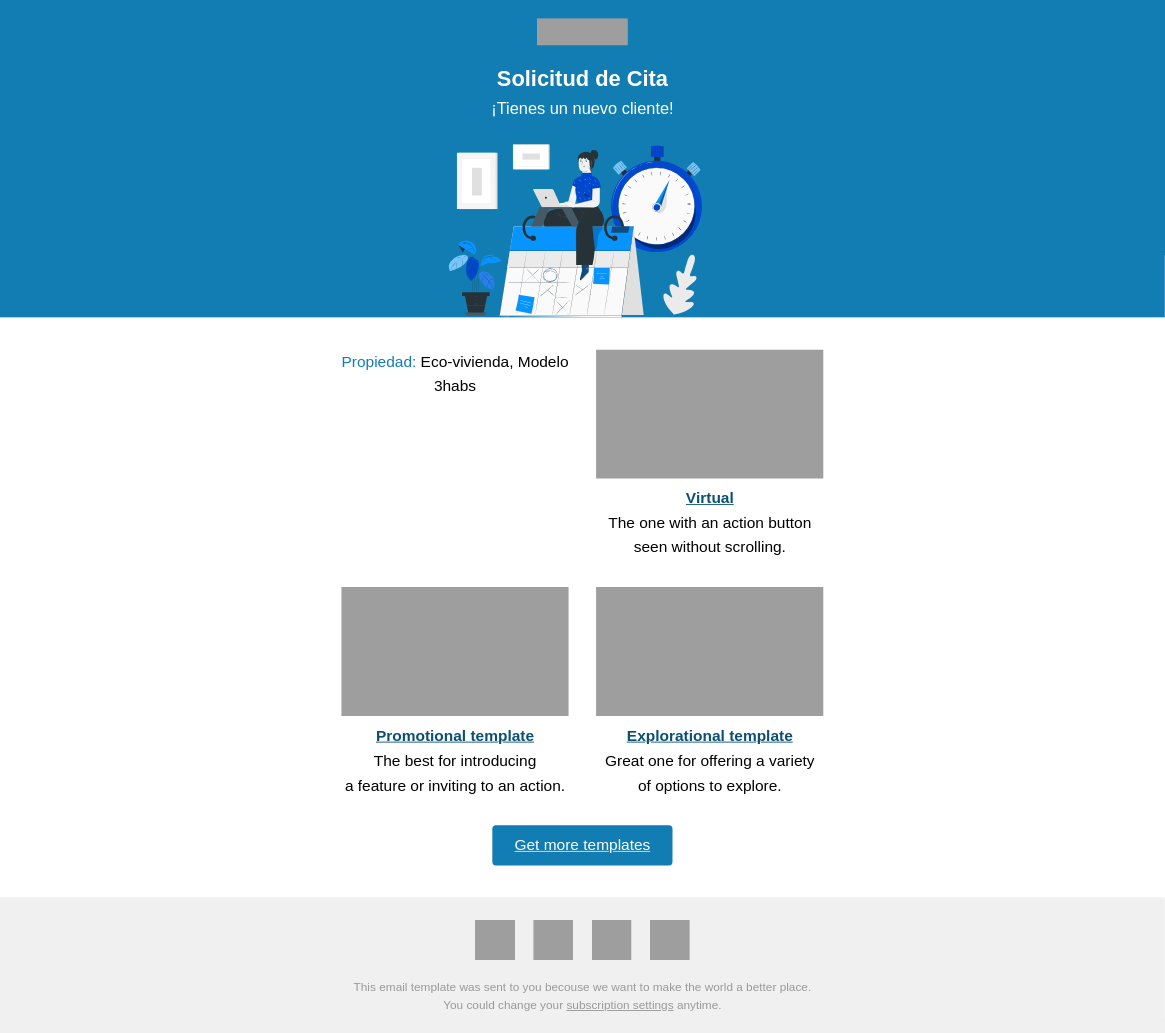
Repository: FabioMadrid/atlas_code
Page: correo_cita_vendedor.html
An editor plug-in stored every save of this project. The page is shown before and after the next save, followed by the edit.
The browser window is 1280 px wide. The pictures show the whole page, at 91% of full size.
Pictures or frames that could not be fetched are drawn as grey boxes.

Above is the page before, as saved 2021-01-14 16:25:17.

### correo_cita_vendedor.html
<html xmlns="http://www.w3.org/1999/xhtml">
<head>
	<meta http-equiv="content-type" content="text/html; charset=utf-8">
  	<meta name="viewport" content="width=device-width, initial-scale=1.0;">
 	<meta name="format-detection" content="telephone=no"/>

	<style>
/* Reset styles */
    body {
        margin: 0; padding: 0; min-width: 100%; width: 100% !important; height: 100% !important;
        }
    body, table, td, div, p, a {
        -webkit-font-smoothing: antialiased; text-size-adjust: 100%; -ms-text-size-adjust: 100%;
        -webkit-text-size-adjust: 100%; line-height: 100%;
        }
    table, td {
         mso-table-lspace: 0pt; mso-table-rspace: 0pt;
         border-collapse: collapse !important; border-spacing: 0; }
    img {
        border: 0; line-height: 100%; outline: none; text-decoration: none;
        -ms-interpolation-mode: bicubic;
        }
    #outlook a { padding: 0; }
    .ReadMsgBody { width: 100%; }
    .ExternalClass { width: 100%; }
    .ExternalClass, .ExternalClass p, .ExternalClass span, .ExternalClass font, .E
    xternalClass td, .ExternalClass div {
        line-height: 100%;
        }

/* Extra floater space for advanced mail clients only */
@media all and (max-width: 600px) {
	.floater { width: 320px; }
}

/* Set color for auto links (addresses, dates, etc.) */
a, a:hover {
	color: #127DB3;
}
.footer a, .footer a:hover {
	color: #999999;
}

 	</style>

	<!-- MESSAGE SUBJECT -->
	<title>Cita Confirmada</title>

</head>

<!-- BODY -->
<!-- Set message background color (twice) and text color (twice) -->
<body topmargin="0" rightmargin="0" bottommargin="0" leftmargin="0" marginwidth="0" marginheight="0" width="100%" style="border-collapse: collapse; border-spacing: 0; margin: 0; padding: 0; width: 100%; height: 100%; -webkit-font-smoothing: antialiased; text-size-adjust: 100%; -ms-text-size-adjust: 100%; -webkit-text-size-adjust: 100%; line-height: 100%;
	background-color: #FFFFFF;
	color: #000000;"
	bgcolor="#FFFFFF"
	text="#000000">

<!-- SECTION / BACKGROUND -->
<!-- Set section background color -->
<table width="100%" align="center" border="0" cellpadding="0" cellspacing="0" style="border-collapse: collapse; border-spacing: 0; margin: 0; padding: 0; width: 100%;" class="background"><tr><td align="center" valign="top" style="border-collapse: collapse; border-spacing: 0; margin: 0; padding: 0;"
	bgcolor="#127DB3">

<!-- WRAPPER -->
<!-- Set wrapper width (twice) -->
<table border="0" cellpadding="0" cellspacing="0" align="center"
	width="600" style="border-collapse: collapse; border-spacing: 0; padding: 0; width: inherit;
	max-width: 600px;" class="wrapper">

	<tr>
		<td align="center" valign="top" style="border-collapse: collapse; border-spacing: 0; margin: 0; padding: 0; padding-left: 6.25%; padding-right: 6.25%; width: 87.5%;
			padding-top: 20px;">

			<!-- PREHEADER -->
			<!-- Set text color to background color -->
			<div style="display: none; visibility: hidden; overflow: hidden; opacity: 0; font-size: 1px; line-height: 1px; height: 0; max-height: 0; max-width: 0;
			color: #FFFFFF;" class="preheader">
				Available on&nbsp;GitHub and&nbsp;CodePen. holis aqui va un texto</div>

			<!-- LOGO -->
			<!-- Image text color should be opposite to background color. Set your url, image src, alt and title. Alt text should fit the image size. Real image size should be x2. URL format: http://domain.com/?utm_source={{Campaign-Source}}&utm_medium=email&utm_content=logo&utm_campaign={{Campaign-Name}} -->
			<a target="_blank" style="text-decoration: none;"
				href="https://github.com/konsav/email-templates/"><img border="0" vspace="0" hspace="0"
				src="https://raw.githubusercontent.com/konsav/email-templates/master/images/logo-white.png"
				width="100" height="30"
				alt="Logo" title="Logo" style="
				color: #000000;
				font-size: 10px; margin: 0; padding: 0; outline: none; text-decoration: none; -ms-interpolation-mode: bicubic; border: none; display: block;" /></a>

		</td>
	</tr>

	<!-- HEADER -->
	<!-- Set text color and font family ("sans-serif" or "Georgia, serif") -->
	<tr>
		<td align="center" valign="top" style="border-collapse: collapse; border-spacing: 0; margin: 0; padding: 0; padding-left: 6.25%; padding-right: 6.25%; width: 87.5%; font-size: 24px; font-weight: bold; line-height: 130%;
			padding-top: 20px;
			color: #FFFFFF;
			font-family: sans-serif;" class="header">
				Solicitud de Cita
		</td>
	</tr>

	<!-- SUBHEADER -->
	<!-- Set text color and font family ("sans-serif" or "Georgia, serif") -->
	<tr>
		<td align="center" valign="top" style="border-collapse: collapse; border-spacing: 0; margin: 0; padding: 0; padding-bottom: 3px; padding-left: 6.25%; padding-right: 6.25%; width: 87.5%; font-size: 18px; font-weight: 300; line-height: 150%;
			padding-top: 5px;
			color: #FFFFFF;
			font-family: sans-serif;" class="subheader">
				¡Tienes un nuevo cliente!
		</td>
	</tr>

	<!-- HERO IMAGE -->
	<!-- Image text color should be opposite to background color. Set your url, image src, alt and title. Alt text should fit the image size. Real image size should be x2 (wrapper x2). Do not set height for flexible images (including "auto"). URL format: http://domain.com/?utm_source={{Campaign-Source}}&utm_medium=email&utm_content={{Ìmage-Name}}&utm_campaign={{Campaign-Name}} -->
	<tr>
		<td align="center" valign="top" style="border-collapse: collapse; border-spacing: 0; margin: 0; padding: 0;
			padding-top: 20px;" class="hero"><a target="_blank" style="text-decoration: none;"
			href="#"><img border="0" vspace="0" hspace="0"
			src="./svg/calendario_mujer.svg"
			alt="Please enable images to view this content" title="Hero Image"
			width="530" style="
			width: 88.33%;
			max-width: 530px;
			color: #FFFFFF; font-size: 13px; margin: 0; padding: 0; outline: none; text-decoration: none; -ms-interpolation-mode: bicubic; border: none; display: block;"/></a></td>
	</tr>


<!-- End of WRAPPER -->
</table>

<!-- SECTION / BACKGROUND -->
<!-- Set section background color -->
</td></tr><tr><td align="center" valign="top" style="border-collapse: collapse; border-spacing: 0; margin: 0; padding: 0;
	padding-top: 5px;"
	bgcolor="#FFFFFF">

<!-- WRAPPER -->
<!-- Set conteiner background color -->
<table border="0" cellpadding="0" cellspacing="0" align="center"
	width="600" style="border-collapse: collapse; border-spacing: 0; padding: 0; width: inherit;
	max-width: 600px;">

	<!-- FLOATERS -->
	<!-- Floaters (left align tables) need extra 10px spacing in a line (Outlook fix). Floater table width = (wrapper width / 2) - 10px. Set text color and font family ("sans-serif" or "Georgia, serif"). Duplicate all text styles in links, including line-height. Image text color should be opposite to background color. Set your url, image src, alt and title. Alt text should fit the image size. Real image size should be x2. Do not set height for flexible images (including "auto"). URL format: http://domain.com/?utm_source={{Campaign-Source}}&utm_medium=email&utm_content={{Ìmage-Name}}&utm_campaign={{Campaign-Name}} -->
	<tr>
		<td align="center" valign="top" style="border-collapse: collapse; border-spacing: 0; margin: 0; padding: 0; padding-left: 10px; padding-right: 10px;" class="floaters"><table width="280" border="0" cellpadding="0" cellspacing="0" align="left" valign="top" style="border-collapse: collapse; mso-table-lspace: 0pt; mso-table-rspace: 0pt; border-spacing: 0; margin: 0; padding: 0; display: inline-table; float: none;" class="floater"><tr><td align="center" valign="top" style="border-collapse: collapse; border-spacing: 0; margin: 0; padding: 0; padding-left: 15px; padding-right: 15px; font-size: 17px; font-weight: 400; line-height: 160%;
			padding-top: 30px;
			font-family: sans-serif;
            color: #000000;">
            <a target="_blank" style="text-decoration: none;
			font-size: 17px; line-height: 160%;"
			href="https://github.com/konsav/email-templates">Propiedad:</b></a>
				Eco-vivienda, Modelo 3habs
        </td>
    </tr>
    </table><table width="280" border="0" cellpadding="0" cellspacing="0" align="right" valign="top" style="border-collapse: collapse; mso-table-lspace: 0pt; mso-table-rspace: 0pt; border-spacing: 0; margin: 0; padding: 0; display: inline-table; float: none;" class="floater"><tr><td align="center" valign="top" style="border-collapse: collapse; border-spacing: 0; margin: 0; padding: 0; padding-left: 15px; padding-right: 15px; font-size: 17px; font-weight: 400; line-height: 160%;
			padding-top: 30px;
			font-family: sans-serif;
			color: #000000;"><a target="_blank" style="text-decoration: none;
			font-size: 17px; line-height: 160%;"
			href="https://github.com/konsav/email-templates"><img border="0" vspace="0" hspace="0"
			src="https://raw.githubusercontent.com/konsav/email-templates/master/images/hero-grid.png"
			width="250" height="142"
			alt="Grid Item" title="Grid Item" style="
			color: #000000; font-size: 10px; margin: 0; padding: 0; outline: none; text-decoration: none; -ms-interpolation-mode: bicubic; border: none; display: block; margin-bottom: 8px;" />
				<b style="color:#0B5073; text-decoration: underline;">Virtual</b></a><br/>
				The&nbsp;one with an&nbsp;action button seen without scrolling.
		</td></tr></table></td>
	</tr>

	<!-- FLOATERS -->
	<!-- Floaters (left align tables) need extra 10px spacing in a line (Outlook fix). Floater table width = (wrapper width / 2) - 10px. Set text color and font family ("sans-serif" or "Georgia, serif"). Duplicate all text styles in links, including line-height. Image text color should be opposite to background color. Set your url, image src, alt and title. Alt text should fit the image size. Real image size should be x2. Do not set height for flexible images (including "auto"). URL format: http://domain.com/?utm_source={{Campaign-Source}}&utm_medium=email&utm_content={{Ìmage-Name}}&utm_campaign={{Campaign-Name}} -->
	<tr>
		<td align="center" valign="top" style="border-collapse: collapse; border-spacing: 0; margin: 0; padding: 0; padding-left: 10px; padding-right: 10px;" class="floaters"><table width="280" border="0" cellpadding="0" cellspacing="0" align="right" valign="top" style="border-collapse: collapse; mso-table-lspace: 0pt; mso-table-rspace: 0pt; border-spacing: 0; margin: 0; padding: 0; display: inline-table; float: none;" class="floater"><tr><td align="center" valign="top" style="border-collapse: collapse; border-spacing: 0; margin: 0; padding: 0; padding-left: 15px; padding-right: 15px; font-size: 17px; font-weight: 400; line-height: 160%;
			padding-top: 30px;
			font-family: sans-serif;
			color: #000000;"><a target="_blank" style="text-decoration: none;
			font-size: 17px; line-height: 160%;"
			href="https://github.com/konsav/email-templates"><img border="0" vspace="0" hspace="0"
			src="https://raw.githubusercontent.com/konsav/email-templates/master/images/hero-grid.png"
			width="250" height="142"
			alt="Grid Item" title="Grid Item" style="
			color: #000000; font-size: 10px; margin: 0; padding: 0; outline: none; text-decoration: none; -ms-interpolation-mode: bicubic; border: none; display: block; margin-bottom: 8px;" />
				<b style="color:#0B5073; text-decoration: underline;">Promotional template</b></a><br/>
				The&nbsp;best for introducing a&nbsp;feature or&nbsp;inviting to an&nbsp;action.
		</td></tr></table><table width="280" border="0" cellpadding="0" cellspacing="0" align="left" valign="top" style="border-collapse: collapse; mso-table-lspace: 0pt; mso-table-rspace: 0pt; border-spacing: 0; margin: 0; padding: 0; display: inline-table; float: none;" class="floater"><tr><td align="center" valign="top" style="border-collapse: collapse; border-spacing: 0; margin: 0; padding: 0; padding-left: 15px; padding-right: 15px; font-size: 17px; font-weight: 400; line-height: 160%;
			padding-top: 30px;
			font-family: sans-serif;
			color: #000000;"><a target="_blank" style="text-decoration: none;
			font-size: 17px; line-height: 160%;"
			href="https://github.com/konsav/email-templates"><img border="0" vspace="0" hspace="0"
			src="https://raw.githubusercontent.com/konsav/email-templates/master/images/hero-grid.png"
			width="250" height="142"
			alt="Grid Item" title="Grid Item" style="
			color: #000000; font-size: 10px; margin: 0; padding: 0; outline: none; text-decoration: none; -ms-interpolation-mode: bicubic; border: none; display: block; margin-bottom: 8px;" />
				<b style="color:#0B5073; text-decoration: underline;">Explorational template</b></a><br/>
				Great&nbsp;one for offering a&nbsp;variety of&nbsp;options to&nbsp;explore.
		</td></tr></table></td>
	</tr>

	<!-- BUTTON -->
	<!-- Set button background color at TD, link/text color at A and TD, font family ("sans-serif" or "Georgia, serif") at TD. For verification codes add "letter-spacing: 5px;". Link format: http://domain.com/?utm_source={{Campaign-Source}}&utm_medium=email&utm_content={{Button-Name}}&utm_campaign={{Campaign-Name}} -->
 	<tr>
		<td align="center" valign="top" style="border-collapse: collapse; border-spacing: 0; margin: 0; padding: 0; padding-left: 6.25%; padding-right: 6.25%; width: 87.5%;
			padding-top: 30px;
			padding-bottom: 35px;" class="button"><a
			href="https://github.com/konsav/email-templates/" target="_blank" style="text-decoration: underline;">
				<table border="0" cellpadding="0" cellspacing="0" align="center" style="max-width: 240px; min-width: 120px; border-collapse: collapse; border-spacing: 0; padding: 0;"><tr><td align="center" valign="middle" style="padding: 12px 24px; margin: 0; text-decoration: underline; border-collapse: collapse; border-spacing: 0; border-radius: 4px; -webkit-border-radius: 4px; -moz-border-radius: 4px; -khtml-border-radius: 4px;"
					bgcolor="#127DB3"><a target="_blank" style="text-decoration: underline;
					color: #FFFFFF; font-family: sans-serif; font-size: 17px; font-weight: 400; line-height: 120%;"
					href="https://github.com/konsav/email-templates/">
						Get more templates
					</a>
			</td></tr></table></a>
		</td>
	</tr>

<!-- End of WRAPPER -->
</table>

<!-- SECTION / BACKGROUND -->
<!-- Set section background color -->
</td></tr><tr><td align="center" valign="top" style="border-collapse: collapse; border-spacing: 0; margin: 0; padding: 0;"
	bgcolor="#F0F0F0">

<!-- WRAPPER -->
<!-- Set wrapper width (twice) -->
<table border="0" cellpadding="0" cellspacing="0" align="center"
	width="600" style="border-collapse: collapse; border-spacing: 0; padding: 0; width: inherit;
	max-width: 600px;" class="wrapper">

	<!-- SOCIAL NETWORKS -->
	<!-- Image text color should be opposite to background color. Set your url, image src, alt and title. Alt text should fit the image size. Real image size should be x2 -->
	<tr>
		<td align="center" valign="top" style="border-collapse: collapse; border-spacing: 0; margin: 0; padding: 0; padding-left: 6.25%; padding-right: 6.25%; width: 87.5%;
			padding-top: 25px;" class="social-icons"><table
			width="256" border="0" cellpadding="0" cellspacing="0" align="center" style="border-collapse: collapse; border-spacing: 0; padding: 0;">
			<tr>

				<!-- ICON 1 -->
				<td align="center" valign="middle" style="margin: 0; padding: 0; padding-left: 10px; padding-right: 10px; border-collapse: collapse; border-spacing: 0;"><a target="_blank"
					href="https://raw.githubusercontent.com/konsav/email-templates/"
				style="text-decoration: none;"><img border="0" vspace="0" hspace="0" style="padding: 0; margin: 0; outline: none; text-decoration: none; -ms-interpolation-mode: bicubic; border: none; display: inline-block;
					color: #000000;"
					alt="F" title="Facebook"
					width="44" height="44"
					src="https://raw.githubusercontent.com/konsav/email-templates/master/images/social-icons/facebook.png"></a></td>

				<!-- ICON 2 -->
				<td align="center" valign="middle" style="margin: 0; padding: 0; padding-left: 10px; padding-right: 10px; border-collapse: collapse; border-spacing: 0;"><a target="_blank"
					href="https://raw.githubusercontent.com/konsav/email-templates/"
				style="text-decoration: none;"><img border="0" vspace="0" hspace="0" style="padding: 0; margin: 0; outline: none; text-decoration: none; -ms-interpolation-mode: bicubic; border: none; display: inline-block;
					color: #000000;"
					alt="T" title="Twitter"
					width="44" height="44"
					src="https://raw.githubusercontent.com/konsav/email-templates/master/images/social-icons/twitter.png"></a></td>

				<!-- ICON 3 -->
				<td align="center" valign="middle" style="margin: 0; padding: 0; padding-left: 10px; padding-right: 10px; border-collapse: collapse; border-spacing: 0;"><a target="_blank"
					href="https://raw.githubusercontent.com/konsav/email-templates/"
				style="text-decoration: none;"><img border="0" vspace="0" hspace="0" style="padding: 0; margin: 0; outline: none; text-decoration: none; -ms-interpolation-mode: bicubic; border: none; display: inline-block;
					color: #000000;"
					alt="G" title="Google Plus"
					width="44" height="44"
					src="https://raw.githubusercontent.com/konsav/email-templates/master/images/social-icons/googleplus.png"></a></td>

				<!-- ICON 4 -->
				<td align="center" valign="middle" style="margin: 0; padding: 0; padding-left: 10px; padding-right: 10px; border-collapse: collapse; border-spacing: 0;"><a target="_blank"
					href="https://raw.githubusercontent.com/konsav/email-templates/"
				style="text-decoration: none;"><img border="0" vspace="0" hspace="0" style="padding: 0; margin: 0; outline: none; text-decoration: none; -ms-interpolation-mode: bicubic; border: none; display: inline-block;
					color: #000000;"
					alt="I" title="Instagram"
					width="44" height="44"
					src="https://raw.githubusercontent.com/konsav/email-templates/master/images/social-icons/instagram.png"></a></td>

			</tr>
			</table>
		</td>
	</tr>

	<!-- FOOTER -->
	<!-- Set text color and font family ("sans-serif" or "Georgia, serif"). Duplicate all text styles in links, including line-height -->
	<tr>
		<td align="center" valign="top" style="border-collapse: collapse; border-spacing: 0; margin: 0; padding: 0; padding-left: 6.25%; padding-right: 6.25%; width: 87.5%; font-size: 13px; font-weight: 400; line-height: 150%;
			padding-top: 20px;
			padding-bottom: 20px;
			color: #999999;
			font-family: sans-serif;" class="footer">

				This email template was sent to&nbsp;you becouse we&nbsp;want to&nbsp;make the&nbsp;world a&nbsp;better place.<br/> You&nbsp;could change your <a href="https://github.com/konsav/email-templates/" target="_blank" style="text-decoration: underline; color: #999999; font-family: sans-serif; font-size: 13px; font-weight: 400; line-height: 150%;">subscription settings</a> anytime.

				<!-- ANALYTICS -->
				<!-- https://www.google-analytics.com/collect?v=1&tid={{UA-Tracking-ID}}&cid={{Client-ID}}&t=event&ec=email&ea=open&cs={{Campaign-Source}}&cm=email&cn={{Campaign-Name}} -->
				<img width="1" height="1" border="0" vspace="0" hspace="0" style="margin: 0; padding: 0; outline: none; text-decoration: none; -ms-interpolation-mode: bicubic; border: none; display: block;"
				src="https://raw.githubusercontent.com/konsav/email-templates/master/images/tracker.png" />

		</td>
	</tr>

<!-- End of WRAPPER -->
</table>

<!-- End of SECTION / BACKGROUND -->
</td></tr></table>

</body>
</html>

After the next save:
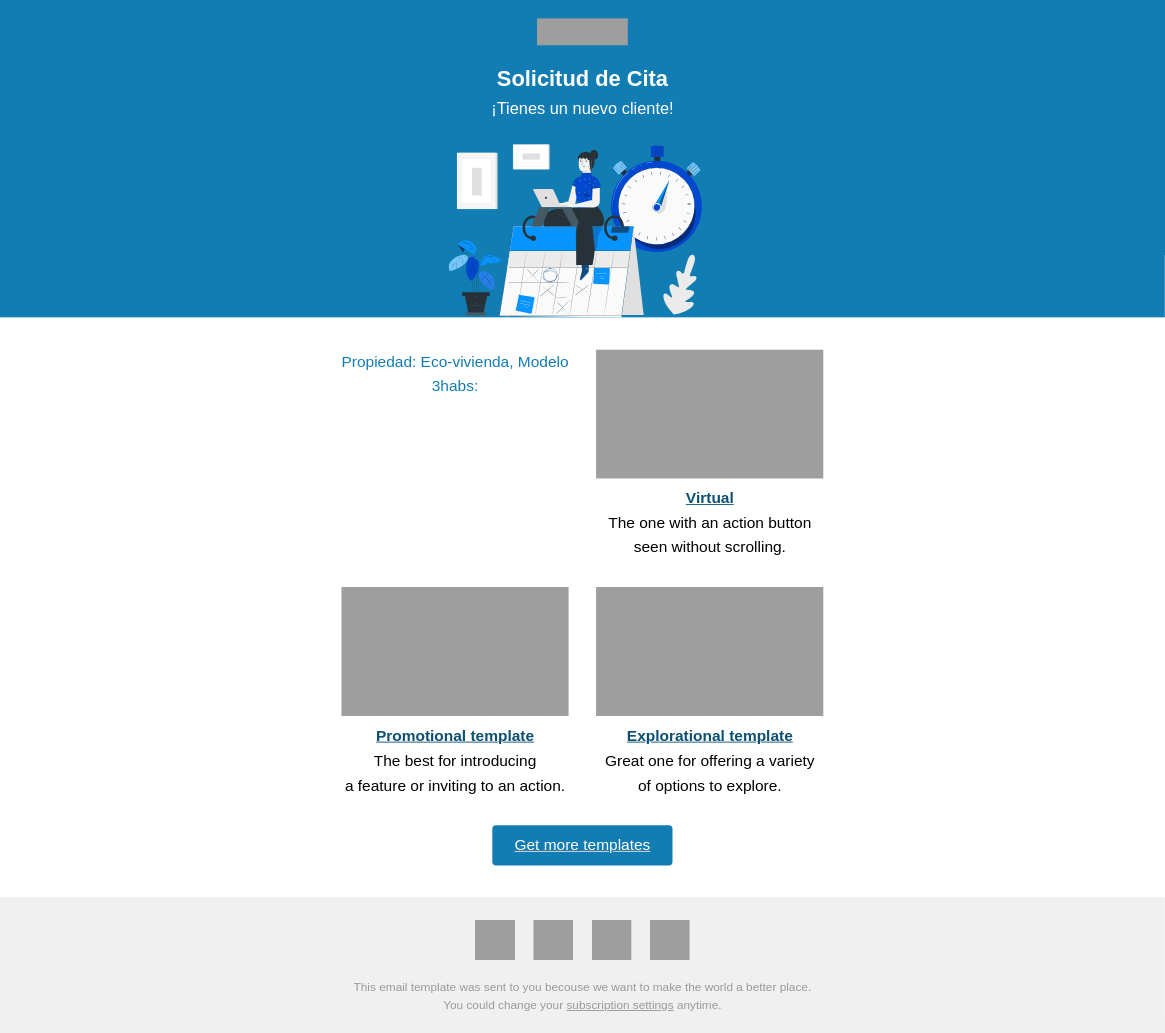
Saved 64 s later.
--- a/correo_cita_vendedor.html
+++ b/correo_cita_vendedor.html
@@ -151,8 +151,12 @@ a, a:hover {
             color: #000000;">
             <a target="_blank" style="text-decoration: none;
 			font-size: 17px; line-height: 160%;"
-			href="https://github.com/konsav/email-templates">Propiedad:</b></a>
-				Eco-vivienda, Modelo 3habs
+            href="https://github.com/konsav/email-templates">Propiedad:</b></a>
+
+            <a target="_blank" style="text-decoration: none;
+			font-size: 17px; line-height: 160%;"
+			href="https://github.com/konsav/email-templates">Eco-vivienda, Modelo 3habs:</b></a>
+
         </td>
     </tr>
     </table><table width="280" border="0" cellpadding="0" cellspacing="0" align="right" valign="top" style="border-collapse: collapse; mso-table-lspace: 0pt; mso-table-rspace: 0pt; border-spacing: 0; margin: 0; padding: 0; display: inline-table; float: none;" class="floater"><tr><td align="center" valign="top" style="border-collapse: collapse; border-spacing: 0; margin: 0; padding: 0; padding-left: 15px; padding-right: 15px; font-size: 17px; font-weight: 400; line-height: 160%;
